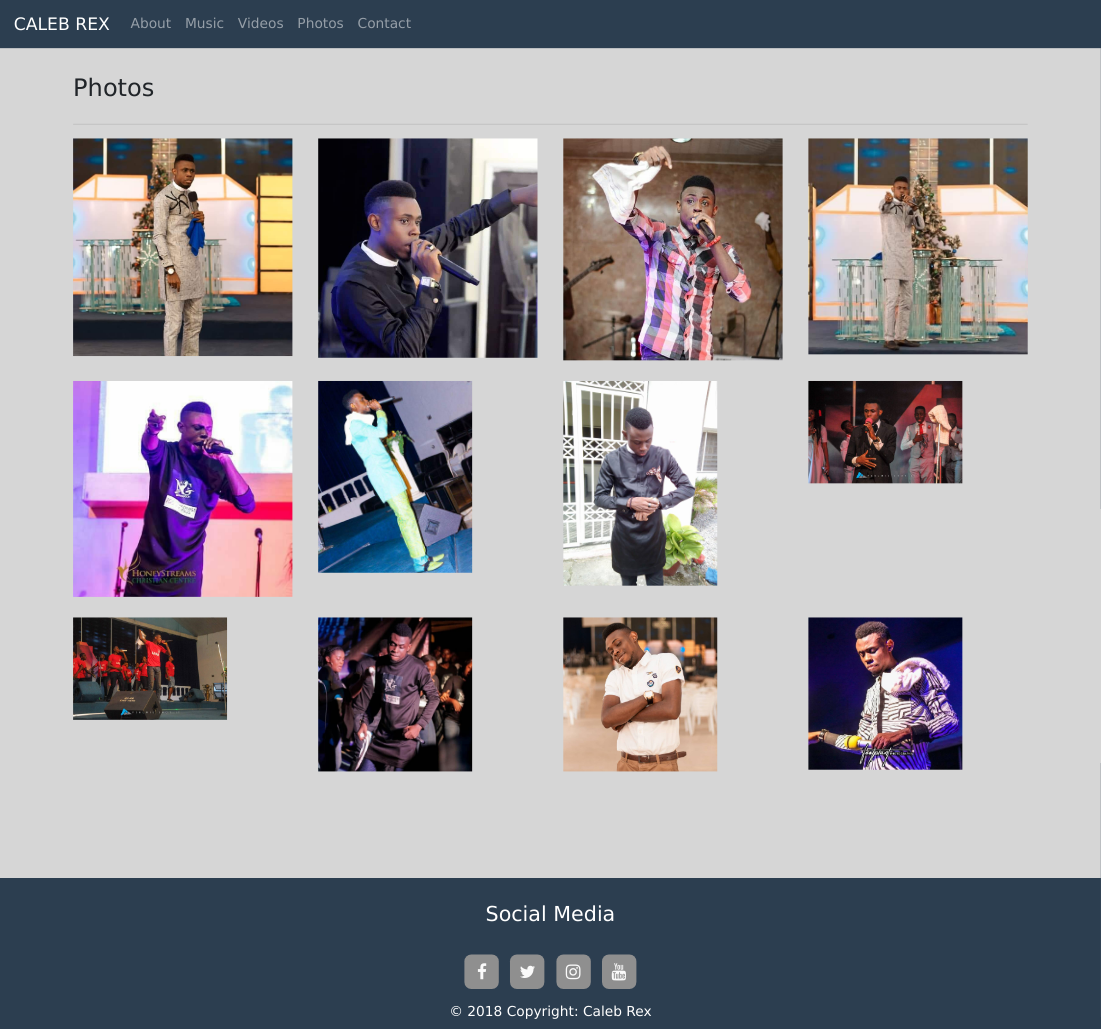
Repository: IchaTreasure/caleb-rex
Page: photos.html
The author's editor kept a record of every edit. The page is drawn from the files as they stood at one moment, then again after the next edit.
The browser window is 1280 px wide. The pictures show the whole page, at 86% of full size.
Some web libraries are served in a nearby version.

Above is the page before.

After the next edit:
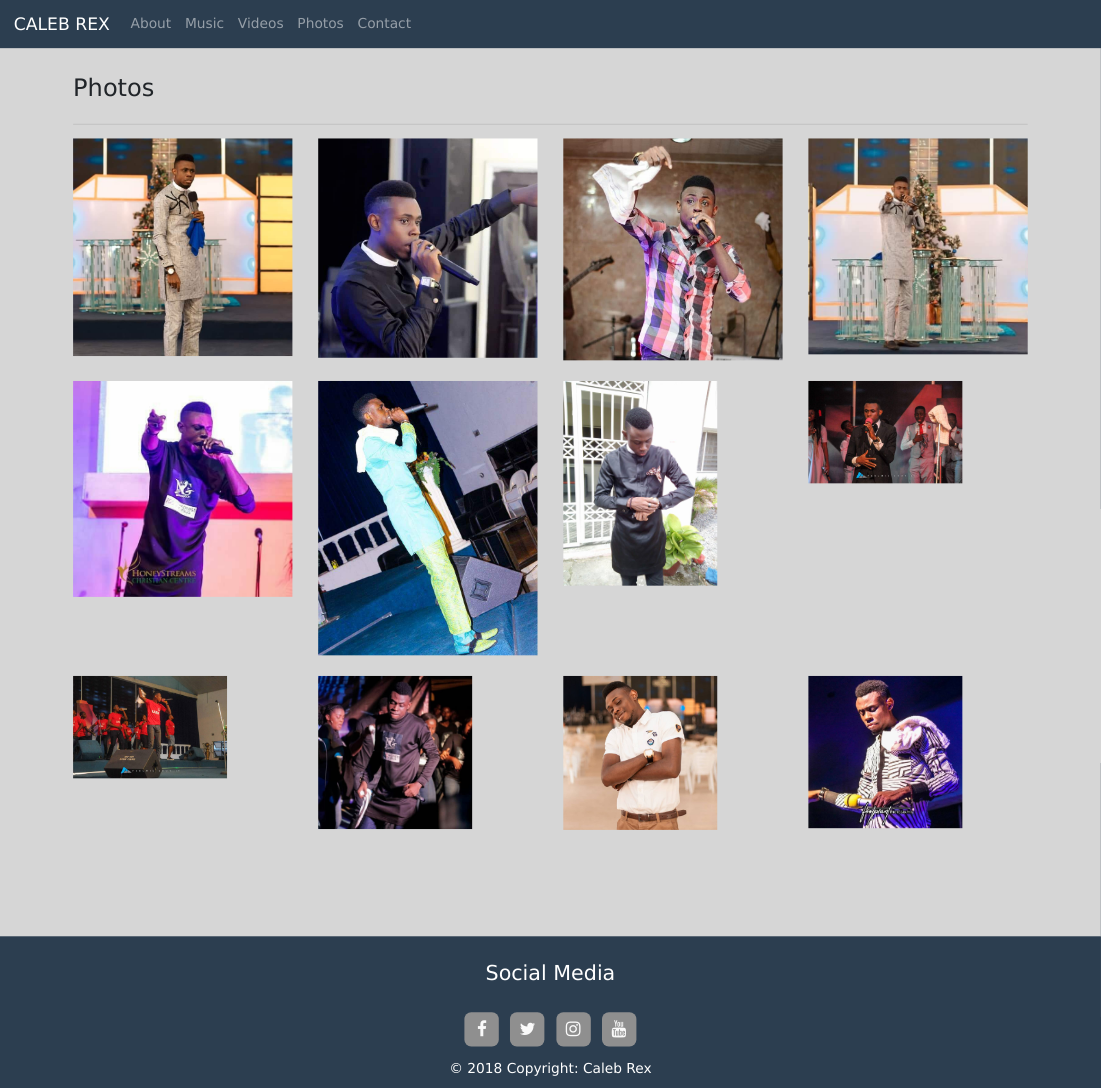
The edit:
--- a/photos.html
+++ b/photos.html
@@ -132,7 +132,7 @@
                 <!-- Modal: Image 6 -->
                 <div class="col-sm-3">
                     <a class="d-block mb-4 h-100">
-            <img class="img-fluid img-hover" src="images/Caleb6.jpg" data-toggle="modal" data-target="#Image6" alt="Caleb 6" style="width: 70%">
+            <img class="img-fluid img-hover" src="images/Caleb6.jpg" data-toggle="modal" data-target="#Image6" alt="Caleb 6" style="width: 100%">
           </a>
                     <!-- Modal Content -->
                     <div class="modal fade" id="Image6" tabindex="-1" role="dialog" aria-hidden="true">
